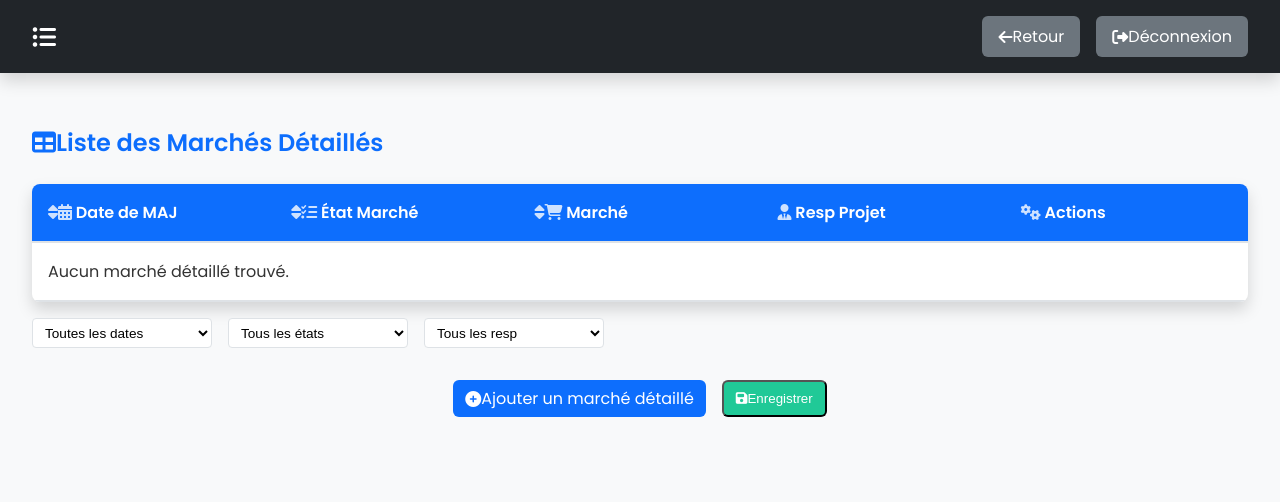
Repository: Andriatiana669/Retour_XP
Page: dashboard/templates/dashboard/liste_marche.html
The author's editor kept a copy of each file at every save. The page is drawn from the files as they stood at one save, then again after the next save.
The browser window is 1280 px wide. The pictures show the whole page.
The page is served by the project's application, run on Django 5.2 (manage.py). Other server files are loaded and not shown. The template is opened directly, without the code that normally fills it, so the values that code supplies are empty.

Above is the page before, as saved 2026-01-07 15:01:42.

### dashboard/templates/dashboard/liste_marche.html
{% load static %}
<!DOCTYPE html>
<html lang="fr">
<head>
    <meta charset="UTF-8">
    <meta name="viewport" content="width=device-width, initial-scale=1.0">
    <title>Liste des Marchés - {{ marche_global.nom }}</title>

    <link rel="stylesheet" href="{% static 'dashboard/css/liste_marche.css' %}">
    <link rel="stylesheet" href="https://cdnjs.cloudflare.com/ajax/libs/font-awesome/6.4.0/css/all.min.css">
    <link href="https://fonts.googleapis.com/css2?family=Poppins:wght@300;400;600&display=swap" rel="stylesheet">

    <!-- petite surcouche pour les boutons d'action -->
    <style>

    </style>
</head>
<body>
<header>
    <h1><i class="fas fa-list-ul me-2"></i>{{ marche_global.nom }}</h1>
    <nav>
        <a href="{% url 'dashboard:dashboard' %}"><i class="fas fa-arrow-left me-1"></i>Retour</a>
        <a href="{% url 'authentification:logout' %}"><i class="fas fa-sign-out-alt me-1"></i>Déconnexion</a>
    </nav>
</header>

<main>
<h2><i class="fas fa-table me-2" style="color: #0d6efd;"></i>
    <span style="color: #0d6efd;">Liste des Marchés Détaillés</span>
</h2>

<div class="mb-3" id="filtersBar">
    <table class="marches-table">
        <thead>
        <tr>
            <th><i class="fas fa-calendar-alt me-1"></i> Date de MAJ</th>
            <th><i class="fas fa-tasks me-1"></i> État Marché</th>
            <th><i class="fas fa-shopping-cart me-1"></i> Marché</th>
            <th><i class="fas fa-user-tie me-1"></i> Resp Projet</th>
            <th><i class="fas fa-cogs me-1"></i> Actions</th>
        </tr>
        </thead>
        <tbody>
        {% for marche in marches_detailles %}
        <tr data-id="{{ marche.id }}">
            <td>{{ marche.date_maj|date:"d/m/Y H:i" }}</td>

            <!-- État modifiable directement -->
            <td class="etat-cell">
                <form class="etat-inline" style="display:flex;gap:.25rem;align-items:center;">
                    {% csrf_token %}
                    <select name="etat" class="etat-select"
                            style="color:{{ marche.etat_affaire.couleur|default:'#6c757d' }};
                                background:{{ marche.etat_affaire.couleur_fond|default:'#f8f9fa' }};
                                border:1px solid {{ marche.etat_affaire.couleur|default:'#ced4da' }};
                                border-radius:.25rem;padding:.25rem .4rem;font-size:.85rem;font-weight:600;">
                    <option value="">– Non défini –</option>
                    {% for etat in etats %}
                        <option value="{{ etat.id }}"
                                {% if marche.etat_affaire.id == etat.id %}selected{% endif %}
                                style="color:{{ etat.couleur }};background:{{ etat.couleur_fond }};">
                        {{ etat.nom }}
                        </option>
                    {% endfor %}
                    </select>
                    <button type="submit" class="save-etat-btn"
                            style="background:transparent;border:none;color:var(--primary-color);cursor:pointer;">
                    <i class="fas fa-redo"></i>
                    </button>
                </form>
            </td>

            <td>{{ marche.nom_marche }}</td>
            <td>{{ marche.resp_marche }}</td>

            <!-- 3 boutons d'action -->
            <td>
                <div class="actions-cell">
                    <a href="{% url 'marches:description' marche.id %}" class="btn-voir">
                        <i class="fas fa-eye"></i> Voir
                    </a>
                    <a href="{% url 'dashboard:modifier_marche' marche.id %}" class="btn-voir" style="background:var(--secondary-color);">
                        <i class="fas fa-edit"></i> Modifier
                    </a>
                    <a href="{% url 'dashboard:supprimer_marche' marche.id %}" class="btn-voir" style="background:var(--danger-color);"
                    onclick="return confirm('Supprimer ce marché ?');">
                        <i class="fas fa-trash"></i> Supprimer
                    </a>
                </div>
            </td>
        </tr>
        {% empty %}
        <tr><td colspan="5" class="text-center">Aucun marché détaillé trouvé.</td></tr>
        {% endfor %}
        </tbody>
    </table>
</div>

<!-- Boutons centrés -->
<div class="center-buttons">
    <a href="{% url 'dashboard:ajouter_marche' marche_global.id %}" class="btn-voir">
        <i class="fas fa-plus-circle"></i> Ajouter un marché détaillé
    </a>
    <button id="saveAllEtats" class="btn-voir" style="background:var(--success-color);">
        <i class="fas fa-save"></i> <span> Enregistrer </span>
    </button>
</div>
</main>

<script src="{% static 'dashboard/js/liste_marche.js' %}"></script>
</body>
</html>

### Retour_XP/urls.py
"""
URL configuration for Retour_XP project.

The `urlpatterns` list routes URLs to views. For more information please see:
    https://docs.djangoproject.com/en/5.2/topics/http/urls/
Examples:
Function views
    1. Add an import:  from my_app import views
    2. Add a URL to urlpatterns:  path('', views.home, name='home')
Class-based views
    1. Add an import:  from other_app.views import Home
    2. Add a URL to urlpatterns:  path('', Home.as_view(), name='home')
Including another URLconf
    1. Import the include() function: from django.urls import include, path
    2. Add a URL to urlpatterns:  path('blog/', include('blog.urls'))
"""
# Retour_XP/urls.py
from django.contrib import admin
from django.urls import path, include
from django.conf import settings
from django.conf.urls.static import static

urlpatterns = [
    path('admin/', admin.site.urls),
    path('', include('authentification.urls')),
    path('dashboard/', include('dashboard.urls')),
    path('marches/', include('marches.urls')),
]

if settings.DEBUG:
    urlpatterns += static(settings.MEDIA_URL, document_root=settings.MEDIA_ROOT)
    urlpatterns += static(settings.STATIC_URL, document_root=settings.STATIC_ROOT)

### authentification/urls.py
# authentification/urls.py
from django.urls import path
from . import views

app_name = 'authentification'

urlpatterns = [
    path('', views.login_view, name='login'),
    path('logout/', views.custom_logout, name='logout'),   # ← nouvelle ligne
]

### dashboard/urls.py
# dashboard/urls.py
from django.urls import path
from . import views

app_name = 'dashboard'

urlpatterns = [
    path('', views.dashboard_view, name='dashboard'),
    path('marche/<int:marche_global_id>/', views.liste_marche_view, name='liste_marche'),
    path('marche/<int:marche_global_id>/ajouter/', views.ajouter_marche_view, name='ajouter_marche'),
    path('marche/change-etat/<int:pk>/', views.change_etat_view, name='change_etat'),
    path('marche/modifier/<int:pk>/', views.modifier_marche_view, name='modifier_marche'),
    path('marche/supprimer/<int:pk>/', views.supprimer_marche_view, name='supprimer_marche'),
]

### marches/urls.py
# marches/urls.py
from django.urls import path
from . import views

app_name = 'marches'

urlpatterns = [
    path('description/<int:marche_detaille_id>/', views.description_view, name='description'),
]

### dashboard/static/dashboard/css/liste_marche.css
/* ===== RESET & VARIABLES ===== */
:root {
    --primary-color: #0d6efd;
    --secondary-color: #6c757d;
    --success-color: #20c997;
    --danger-color: #dc3545;
    --light-color: #f8f9fa;
    --dark-color: #212529;
    --shadow-sm: 0 0.125rem 0.25rem rgba(0, 0, 0, 0.075);
    --shadow-md: 0 0.5rem 1rem rgba(0, 0, 0, 0.15);
    --transition: all 0.3s ease;
    --hover-bg: rgba(13, 110, 253, 0.1);
    --border-color: #dee2e6;
}

body {
    font-family: 'Poppins', Arial, sans-serif;
    margin: 0;
    padding: 0;
    background-color: var(--light-color);
    color: #333;
}


.actions-cell {
    display:flex;
    gap:.4rem;
}
.actions-cell .btn-voir {
    padding:.3rem .6rem;
    font-size:.8rem;
}
.etat-select {
    max-width:160px;
    font-size:.85rem;
}
.save-etat-btn {
    background:var(--success-color);
    color:#fff;
    border:none;
    padding:.25rem .5rem;
    border-radius:.25rem;
    font-size:.8rem;
    cursor:pointer;
}
.center-buttons {
    display:flex;
    justify-content:center;
    gap:1rem;
    margin:2rem 0;
}

/* ===== HEADER ===== */
header {
    background-color: var(--dark-color);
    color: #fff;
    padding: 1rem 2rem;
    display: flex;
    justify-content: space-between;
    align-items: center;
    box-shadow: var(--shadow-md);
    position: sticky;
    top: 0;
    z-index: 100;
}

header h1 {
    margin: 0;
    font-size: 1.5rem;
    font-weight: 600;
    display: flex;
    align-items: center;
}

nav {
    display: flex;
    gap: 1rem;
}

nav a {
    color: #fff;
    text-decoration: none;
    padding: 0.5rem 1rem;
    background-color: var(--secondary-color);
    border-radius: 0.375rem;
    transition: var(--transition);
    display: flex;
    align-items: center;
}

nav a:hover {
    background-color: #5a6268;
    transform: translateY(-1px);
}

/* ===== MAIN CONTENT ===== */
main {
    padding: 2rem;
    max-width: 1400px;
    margin: 0 auto;
}

main h2 {
    margin-bottom: 1.5rem;
    display: flex;
    align-items: center;
    font-size: 1.5rem;
    color: var(--primary-color);
}

/* ===== TABLE STYLES ===== */
.marches-table {
    width: 100%;
    background: white;
    border-radius: 0.5rem;
    overflow: hidden;
    box-shadow: var(--shadow-md);
    border-collapse: separate;
    border-spacing: 0;
}

/* En-tête du tableau */
.marches-table thead {
    display: table;
    width: 100%;
    table-layout: fixed;
}

.marches-table th {
    background-color: var(--primary-color);
    color: white;
    padding: 1rem;
    text-align: left;
    font-weight: 600;
    border-bottom: 0px solid rgba(255, 255, 255, 0.2);
}

.marches-table th i {
    color: rgba(255, 255, 255, 0.8);
}

/* Corps du tableau */
.marches-table tbody {
    display: table;
    width: 100%;
    table-layout: fixed;
}

.marches-table td {
    padding: 1rem;
    border-bottom: 1px solid var(--border-color);
    vertical-align: middle;
}

/* Première ligne du tbody */
.marches-table tbody tr:first-child td {
    border-top: 2px solid var(--border-color);
    border-bottom: 2px solid var(--border-color);
}

/* Dernière ligne du tbody */
.marches-table tr:last-child td {
    border-top: 2px solid var(--border-color);
    border-bottom: 2px solid var(--border-color);
}

/* Animation au survol */
.marches-table tr {
    transition: var(--transition);
}

.marches-table tbody tr:hover {
    background-color: var(--hover-bg);
    transform: scale(1.005);
    box-shadow: inset 0 0 0 9999px var(--hover-bg);
}

/* ===== BADGES & BUTTONS ===== */
.etat-badge {
    padding: 0.375rem 0.75rem;
    border-radius: 0.375rem;
    font-size: 0.875rem;
    font-weight: 600;
    display: inline-block;
    min-width: 80px;
    text-align: center;
}

.btn-voir {
    padding: 0.375rem 0.75rem;
    background-color: var(--primary-color);
    color: white;
    text-decoration: none;
    border-radius: 0.375rem;
    transition: var(--transition);
    display: flex;
    align-items: center;
    justify-content: center;
    width: fit-content;
}

.btn-voir:hover {
    background-color: #0b5ed7;
    transform: translateY(-1px);
    cursor: pointer;
}

#filtersBar {
  display: flex;
  flex-wrap: wrap;
  gap: 1rem;              /* espace HORIZONTAL entre filtres */
  margin-bottom: 1.5rem;  /* espace VERTICAL avant le tableau */
  align-items: center;
}

#filtersBar .filter-label {
  font-weight: 600;
  color: var(--dark-color, #212529);
  font-size: .9rem;
  white-space: nowrap;
}

#filtersBar select {
  min-width: 180px;
  font-size: .85rem;
  padding: .35rem .5rem;
  border: 1px solid var(--border-color, #ced4da);
  border-radius: .25rem;
  background: #fff;
  transition: border-color .2s, box-shadow .2s;
}

#filtersBar select:focus {
  border-color: var(--primary-color, #0d6efd);
  box-shadow: 0 0 0 .15rem rgba(13,110,253,.25);
  outline: none;
}

/* ===== RESPONSIVE ===== */
@media (max-width: 768px) {
    .marches-table {
        font-size: 0.875rem;
    }

    .marches-table th,
    .marches-table td {
        padding: 0.75rem;
    }

    nav {
        flex-direction: column;
        align-items: flex-end;
    }
}

### dashboard/static/dashboard/js/liste_marche.js
/*  dashboard/static/dashboard/js/liste_marche.js  */
document.addEventListener('DOMContentLoaded', () => {
    /* ---------- UTILS ---------- */
    const $ = s => document.querySelector(s);
    const $$ = s => [...document.querySelectorAll(s)];

    const table   = $('.marches-table tbody');
    const rows    = $$('tr[data-id]');
    const csrf    = $('[name=csrfmiddlewaretoken]')?.value;

    /* ---------- TRI ---------- */
    let sortState = {}; // {colIndex: 1|-1}
    $$('thead th').forEach((th, idx) => {
        if (idx > 2) return; // on ne tri que les 3 premières colonnes
        th.style.cursor = 'pointer';
        th.insertAdjacentHTML('afterbegin', '<i class="fas fa-sort ms-1 text-muted"></i>');
        th.addEventListener('click', () => {
            const dir = (sortState[idx] || 1) * -1;
            sortState = {[idx]: dir};
            const sorted = [...rows].sort((a, b) => {
                let va = a.cells[idx].textContent.trim();
                let vb = b.cells[idx].textContent.trim();
                if (idx === 0) { // Date de MAJ
                    va = new Date(va.split('/').reverse().join('-'));
                    vb = new Date(vb.split('/').reverse().join('-'));
                }
                return va > vb ? dir : -dir;
            });
            sorted.forEach(r => table.appendChild(r));
        });
    });

    /* ---------- FILTRES ---------- */
    // 1) filtre Date
    const dateFilter = document.createElement('select');
    dateFilter.className = 'form-select form-select-sm d-inline-block w-auto me-3';
    dateFilter.innerHTML = `
        <option value="all">Toutes les dates</option>
        <option value="today">Aujourd'hui</option>
        <option value="week">Cette semaine</option>
        <option value="month">Ce mois</option>`;
    $('#filtersBar').append(dateFilter);

    // 2) filtre État
    const etatFilter = document.createElement('select');
    etatFilter.className = 'form-select form-select-sm d-inline-block w-auto me-3';
    etatFilter.innerHTML = '<option value="all">Tous les états</option>';
    const etats = [...new Set(rows.map(r => r.querySelector('select[name="etat"] option:checked')?.textContent.trim() || 'Non défini'))];
    etats.sort().forEach(e => etatFilter.innerHTML += `<option value="${e}">${e}</option>`);
    $('#filtersBar').append(etatFilter);

    // 3) filtre Resp
    const respFilter = document.createElement('select');
    respFilter.className = 'form-select form-select-sm d-inline-block w-auto me-3';
    respFilter.innerHTML = '<option value="all">Tous les resp</option>';
    const resps = [...new Set(rows.map(r => r.cells[3].textContent.trim()))];
    resps.sort().forEach(r => respFilter.innerHTML += `<option value="${r}">${r}</option>`);
    $('#filtersBar').append(respFilter);

    /* ---------- APPLICATION DES FILTRES ---------- */
    function applyFilters() {
        const dVal = dateFilter.value;
        const eVal = etatFilter.value;
        const rVal = respFilter.value;

        const now = new Date();
        const startOfWeek = new Date(now.setDate(now.getDate() - now.getDay()));
        const startOfMonth = new Date(now.getFullYear(), now.getMonth(), 1);

        rows.forEach(tr => {
            const dateTxt = tr.cells[0].textContent.trim();
            const dateRow = new Date(dateTxt.split('/').reverse().join('-'));
            const etatTxt = tr.querySelector('select[name="etat"] option:checked')?.textContent.trim() || 'Non défini';
            const respTxt = tr.cells[3].textContent.trim();

            let okDate = dVal === 'all' ||
                (dVal === 'today' && dateRow.toDateString() === new Date().toDateString()) ||
                (dVal === 'week' && dateRow >= startOfWeek) ||
                (dVal === 'month' && dateRow >= startOfMonth);

            let okEtat = eVal === 'all' || etatTxt === eVal;
            let okResp = rVal === 'all' || respTxt === rVal;

            tr.style.display = (okDate && okEtat && okResp) ? '' : 'none';
        });
    }
    dateFilter.addEventListener('change', applyFilters);
    etatFilter.addEventListener('change', applyFilters);
    respFilter.addEventListener('change', applyFilters);

    /* ---------- SAUVEGARDE RAPIDE DES ÉTATS ---------- */
    const saveBtn = $('#saveAllEtats');
    if (saveBtn) {
        saveBtn.addEventListener('click', async () => {
            let okCount = 0;
            for (const tr of rows) {
                if (tr.style.display === 'none') continue; // on ignore les lignes cachées
                const id = tr.dataset.id;
                const etatId = tr.querySelector('select[name="etat"]').value;
                try {
                    const resp = await fetch(`/dashboard/marche/change-etat/${id}/`, {
                        method: 'POST',
                        headers: {'X-CSRFToken': csrf, 'Content-Type': 'application/json'},
                        body: JSON.stringify({etat: etatId})
                    });
                    if (resp.ok) okCount++;
                } catch (e) { console.error(e); }
            }
            alert(`${okCount} état(s) mis à jour`);
            location.reload();
        });
    }
});

After the next save:
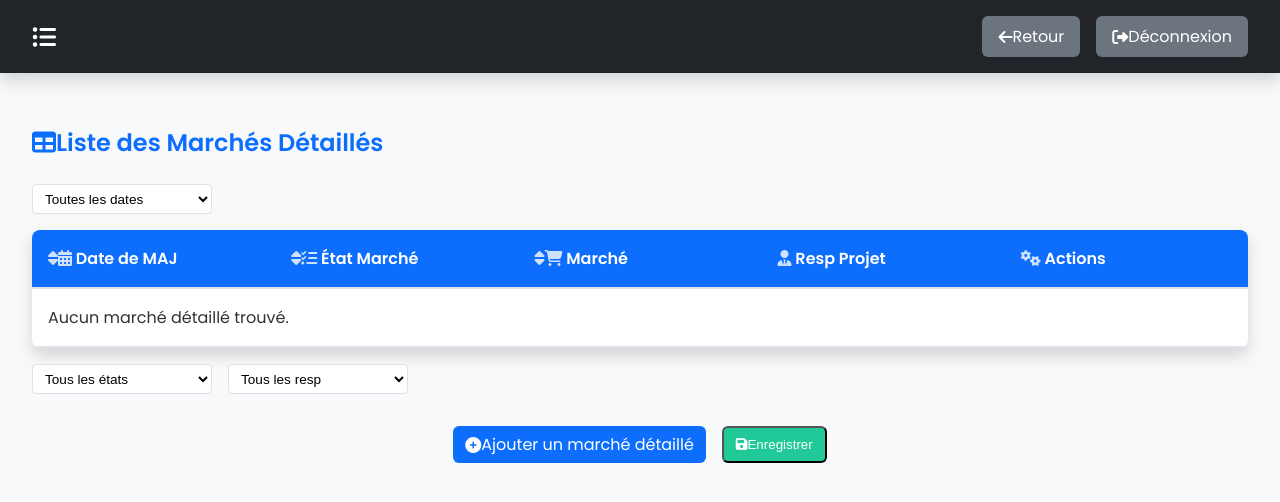
Saved 8 min 28 s later.
--- a/dashboard/static/dashboard/js/liste_marche.js
+++ b/dashboard/static/dashboard/js/liste_marche.js
@@ -39,7 +39,7 @@ document.addEventListener('DOMContentLoaded', () => {
         <option value="today">Aujourd'hui</option>
         <option value="week">Cette semaine</option>
         <option value="month">Ce mois</option>`;
-    $('#filtersBar').append(dateFilter);
+    document.querySelector('.marches-table').before(dateFilter);
 
     // 2) filtre État
     const etatFilter = document.createElement('select');
